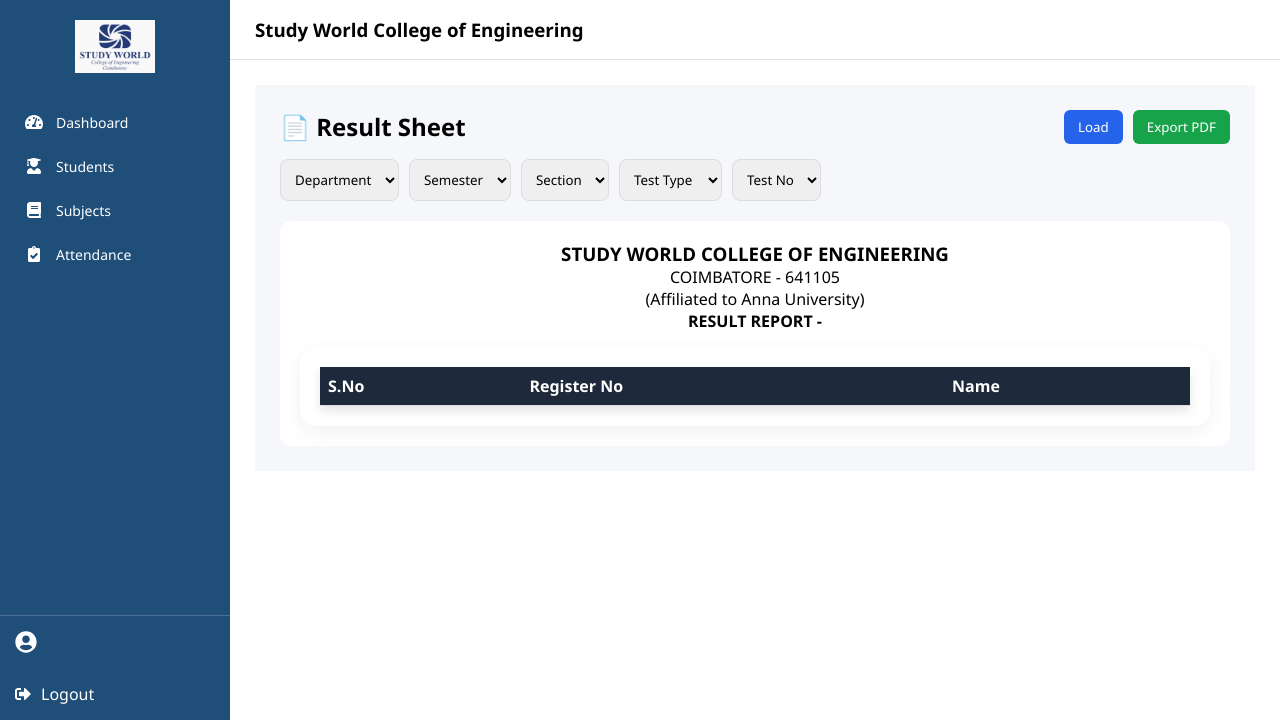
Repository: arthanarieswara/frontend
Page: /result-sheet
These files come from the project's save history. The page is drawn as it stood at one moment and after the next save; the edit follows.
The browser window is 1280 px wide. The pictures show the whole page.
The page's requests for data from a server got no answer. The project was rebuilt for these pictures with package versions that can differ from the ones it lists, and the page was loaded fresh each time. No one was signed in, and anything a server would have sent is missing. Also part of the build but not shown: vite.config.js, src/pages/auth/Login.jsx, src/pages/dashboard/Dashboard.css, src/pages/dashboard/Dashboard.jsx, src/pages/departments/Departments.jsx, src/pages/students/Students.css, src/pages/students/Students.jsx, src/pages/faculty/Faculty.css and 13 more.

Above is the page before, as saved 2026-04-13 15:26:13.

After the next save:
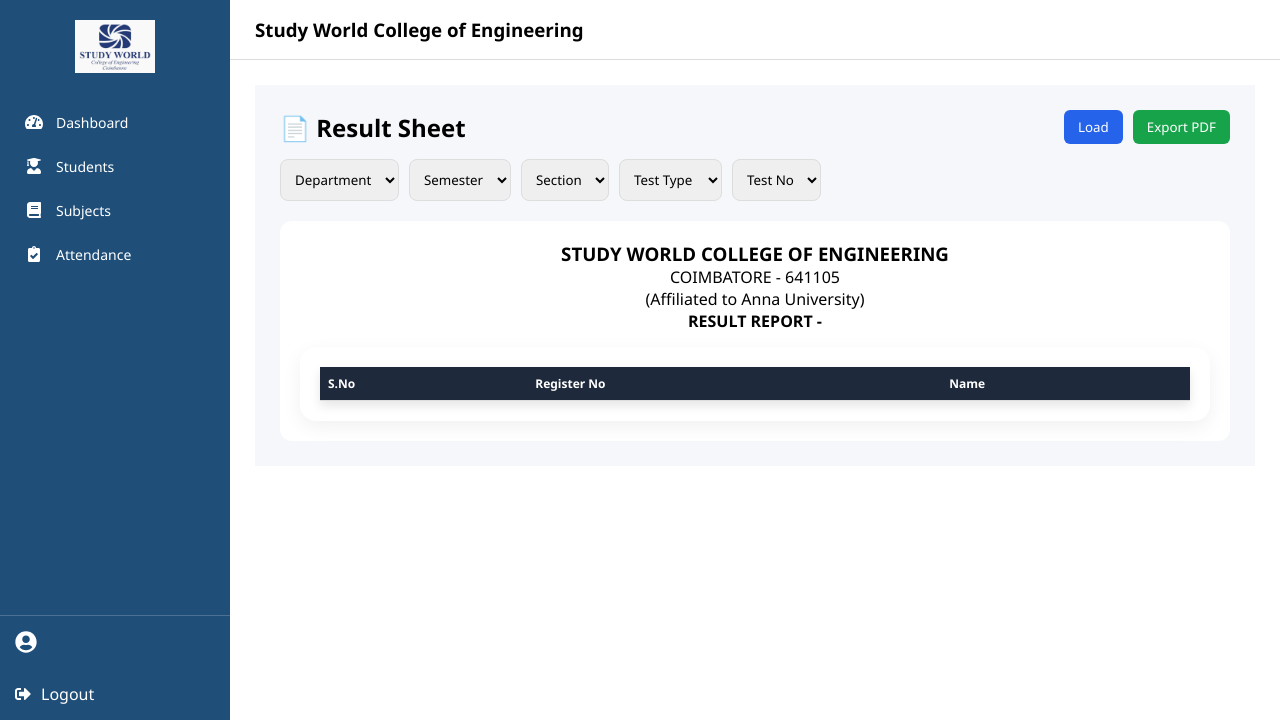
Saved 97 s later.
--- a/src/pages/marks/ResultSheet.css
+++ b/src/pages/marks/ResultSheet.css
@@ -3,9 +3,11 @@
   background: #f5f7fb;
 }
 
+/* HEADER */
 .result-header {
   display: flex;
   justify-content: space-between;
+  align-items: center;
   margin-bottom: 15px;
 }
 
@@ -31,6 +33,7 @@
   color: white;
 }
 
+/* FILTER BAR */
 .filter-bar {
   display: flex;
   gap: 10px;
@@ -43,17 +46,25 @@
   border: 1px solid #ddd;
 }
 
+/* PDF CONTAINER */
 .pdf-container {
   background: white;
   padding: 20px;
   border-radius: 12px;
 }
 
+/* COLLEGE HEADER */
 .college-block {
   text-align: center;
   margin-bottom: 15px;
 }
 
+.college-block h3 {
+  margin: 0;
+  font-weight: bold;
+}
+
+/* TABLE */
 .table-wrapper {
   overflow-x: auto;
 }
@@ -67,33 +78,37 @@
   background: #1e293b;
   color: white;
   padding: 8px;
+  font-size: 12px;
 }
 
 .result-table td {
   border: 1px solid #ddd;
   padding: 6px;
+  font-size: 12px;
   text-align: center;
 }
 
-.name {
+.result-table .name {
   text-align: left;
 }
 
+/* MARK COLORS */
 .pass {
-  color: green;
+  color: #16a34a;
   font-weight: bold;
 }
 
 .fail {
-  color: red;
+  color: #dc2626;
   font-weight: bold;
 }
 
 .absent {
-  color: orange;
+  color: #f97316;
   font-weight: bold;
 }
 
+/* ANALYSIS */
 .analysis-section {
   margin-top: 20px;
 }
@@ -107,6 +122,7 @@
 .analysis-table th {
   background: #f1f5f9;
   padding: 8px;
+  text-align: left;
 }
 
 .analysis-table td {
